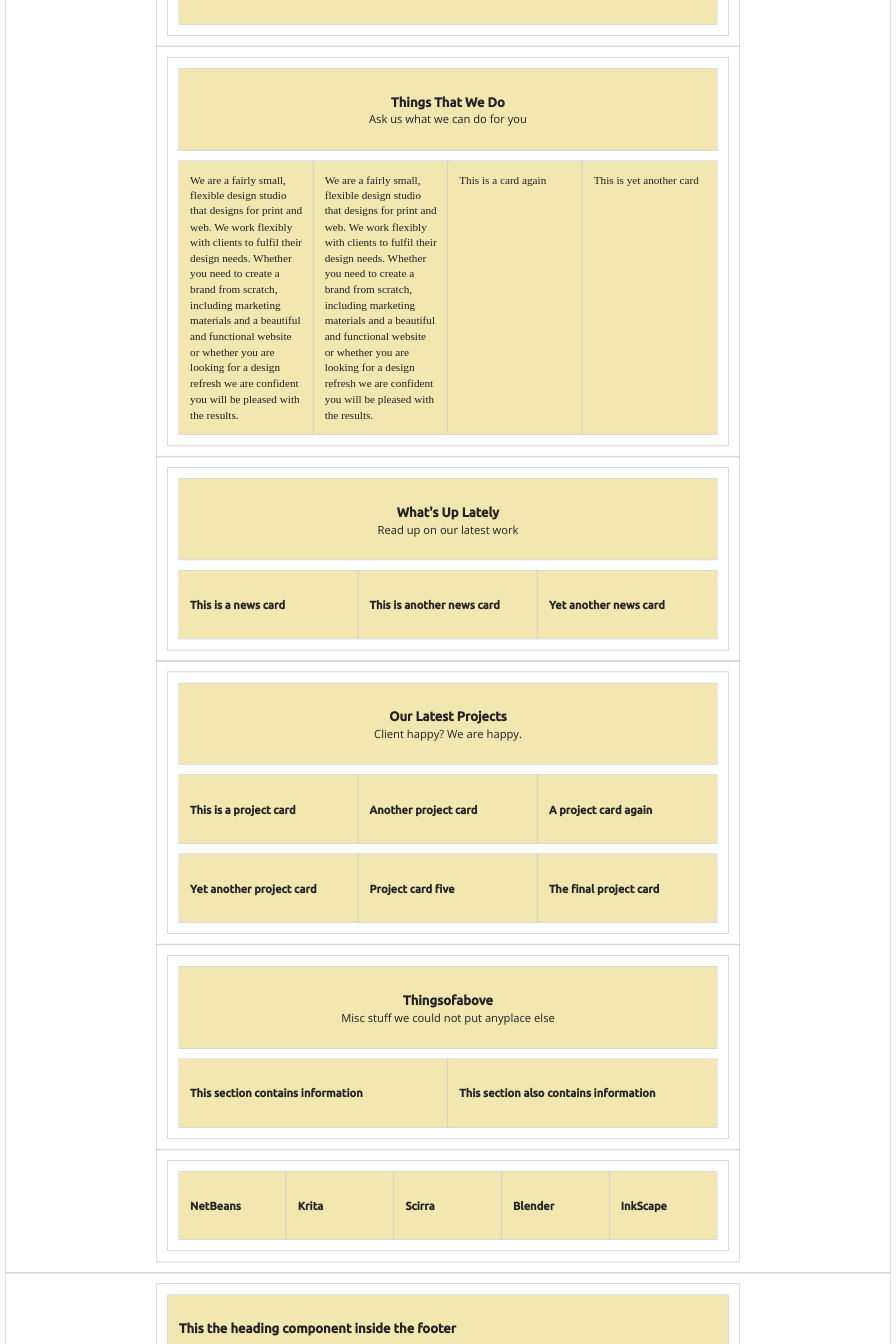
Repository: kennyharman/Marlowe_Kenny_Lab_02B
Page: index.html
The author's editor kept a copy of each file at every save. The page is drawn from the files as they stood at one save, then again after the next save.
The browser window is 1280 px wide. The pictures show the part of the page from y = 496 to 2416 px (the page is 2620 px tall before and 2685 px after), at 70% of full size.

Above is the page before, as saved 2024-02-05 14:22:09.

After the next save:
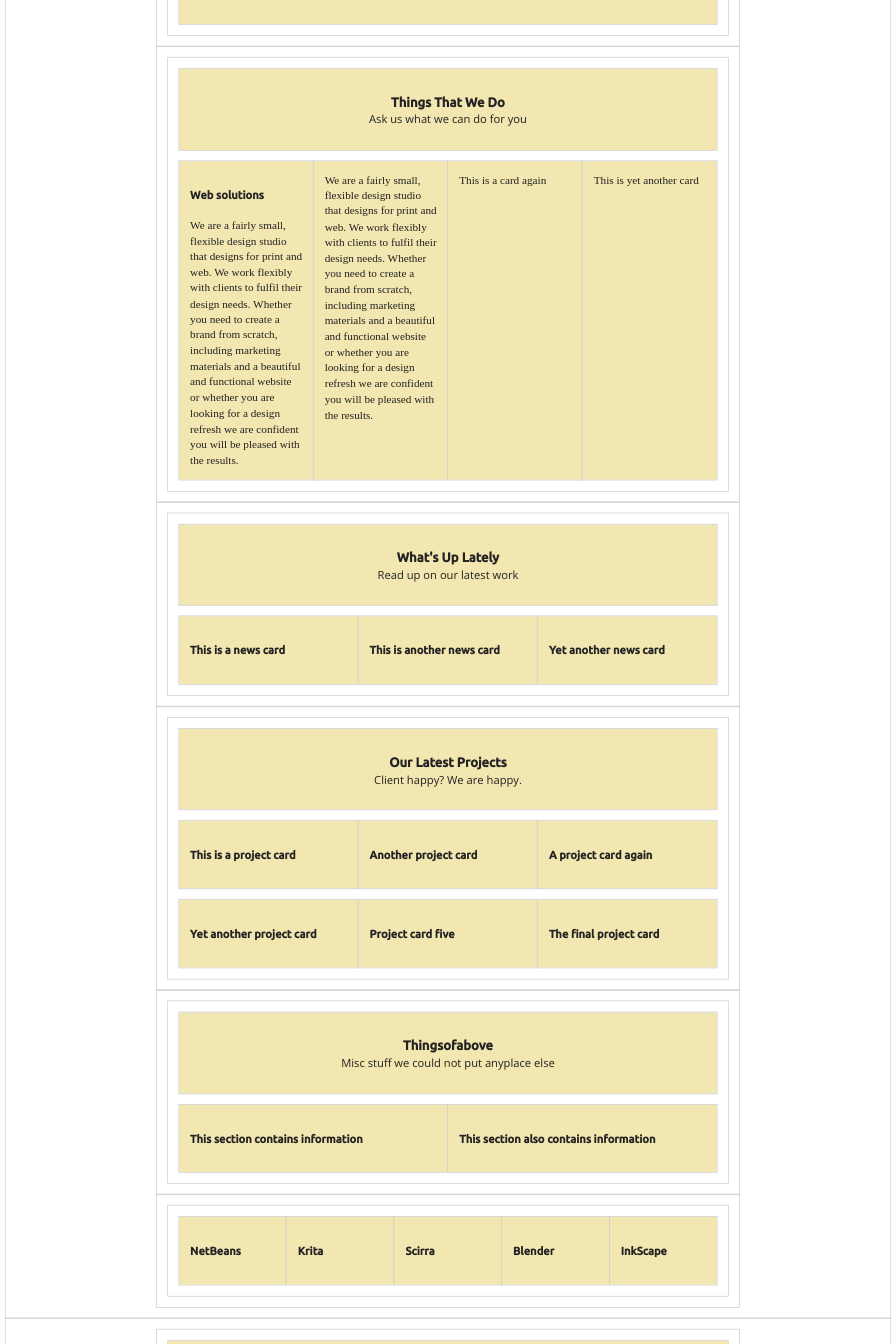
Saved 38 s later.
--- a/index.html
+++ b/index.html
@@ -59,6 +59,7 @@
         <p>Ask us what we can do for you</p>
       </div>
       <div class="col services-card">
+        <h4>Web solutions</h4>
         We are a fairly small, flexible design studio that designs for print and web. We work flexibly with clients to fulfil their design needs. Whether you need to create a brand from scratch, including marketing materials and a beautiful and functional website or whether you are looking for a design refresh we are confident you will be pleased with the results.
       </div>
       <div class="col services-card">
